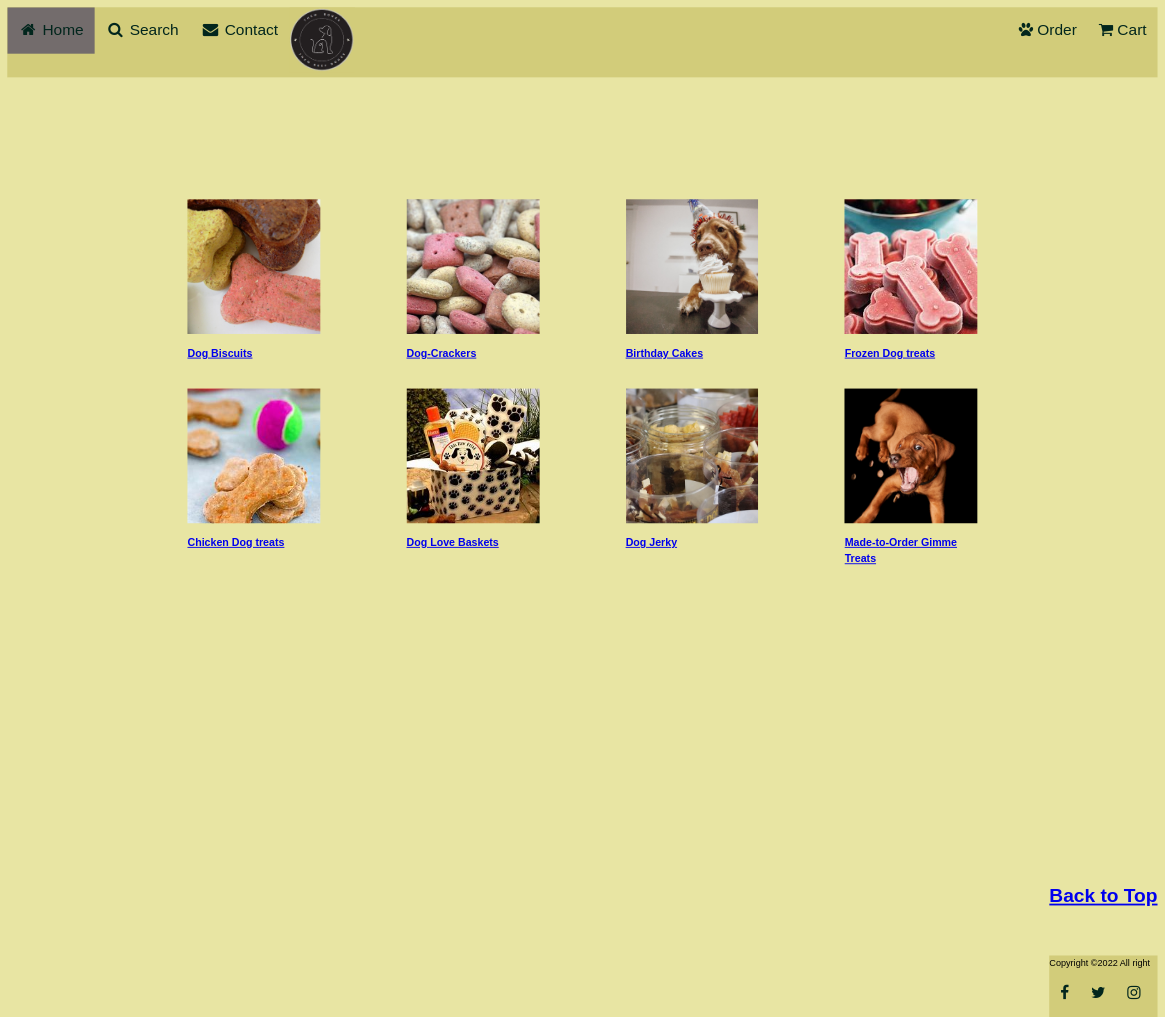
Repository: vgoins-RA2022/HTML-1
Page: index.html
An editor plug-in stored every save of this project. The page is shown before and after the next save, followed by the edit.
The browser window is 1280 px wide. The pictures show the whole page, at 91% of full size.

Above is the page before, as saved 2023-01-21 19:36:08.

After the next save:
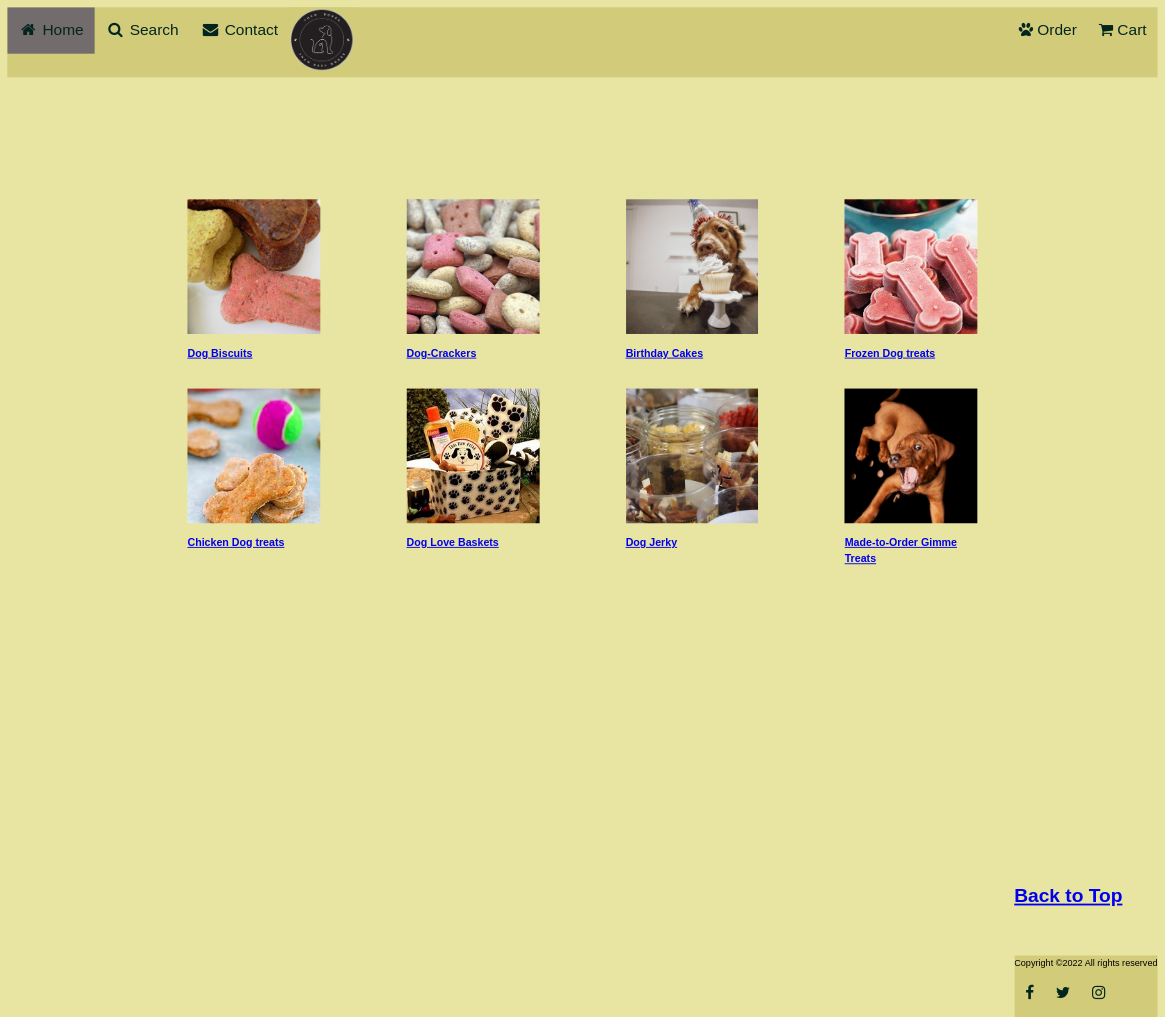
Saved 4 s later.
--- a/index.html
+++ b/index.html
@@ -92,7 +92,7 @@
 
   <div class="navbar">
     <div class="row">
-      <div class="col-left">Copyright ©2022 All right</div>
+      <div class="col-left">Copyright ©2022 All rights reserved</div>
       <div class="col-right">
         <a href="#"><i class="fa fa-facebook"></i></a>
         <a href="#"><i class="fa fa-twitter"></i></a>
